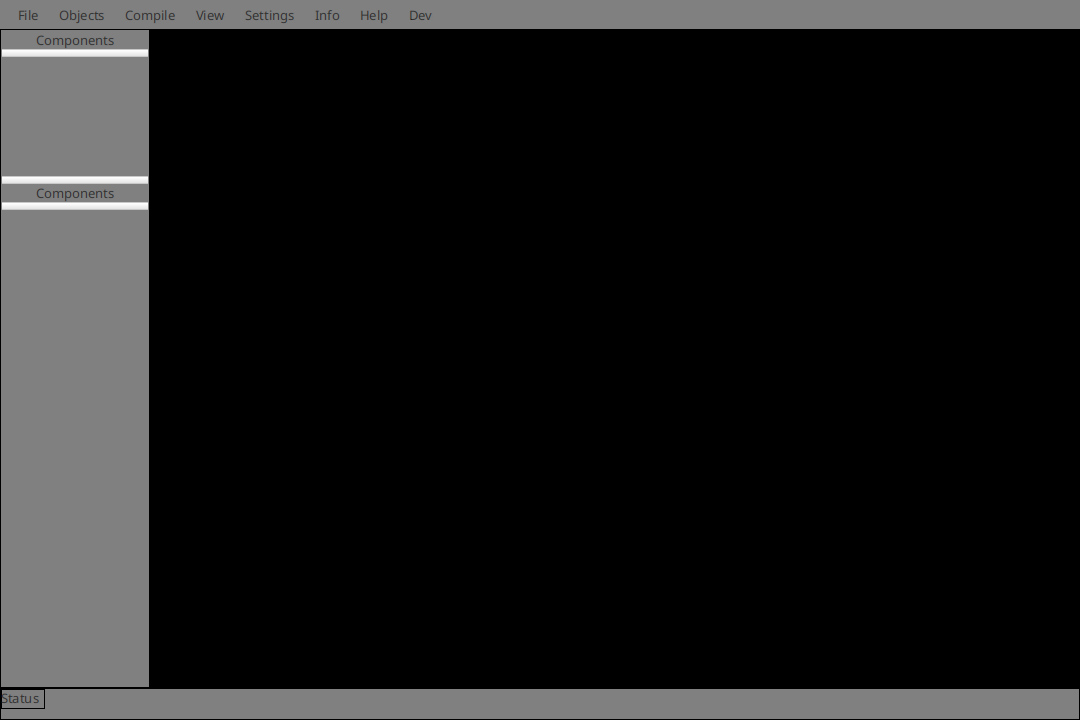
Repository: knoxaramav2/Sapa
Program's window: java nSketch/nSketch/src/system/Launcher.java
These files come from the project's save history. The program's window is drawn as it stood at one moment and after the next save; the edit follows.
It runs on Java 21 on a 1366 x 768 screen with JavaFX 11; the title bar is not drawn.

Above is the program's window before, as saved 2016-02-28 10:49:16.

After the next save:
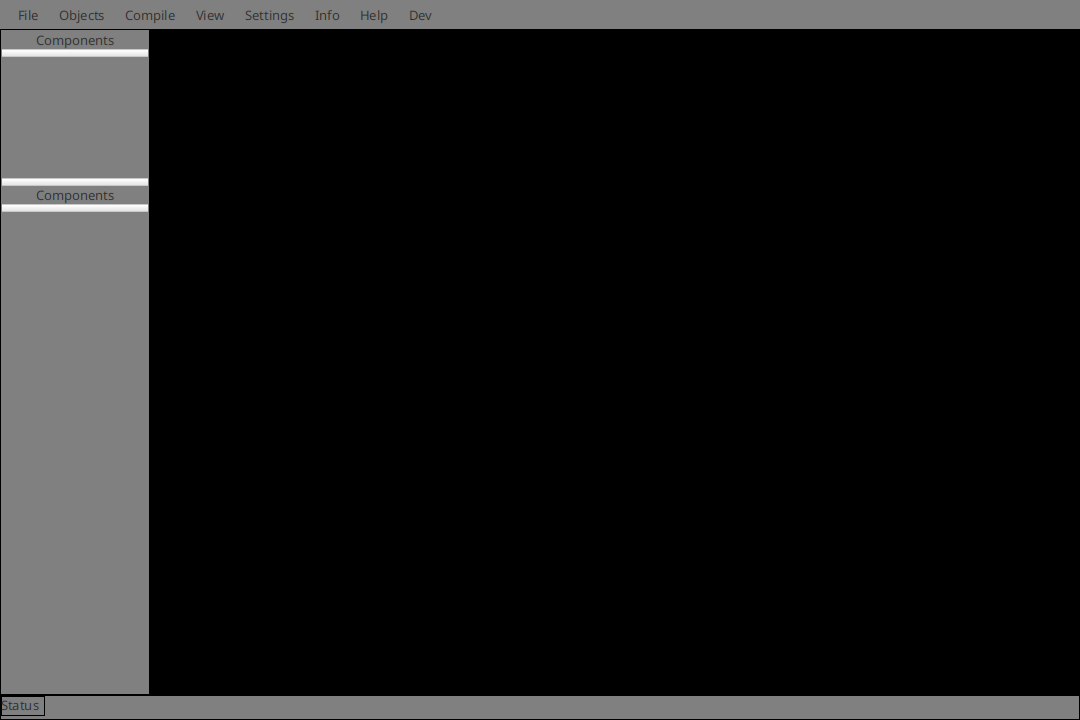
Saved 8 s later.
--- a/nSketch/nSketch/src/gui/Layout.fxml
+++ b/nSketch/nSketch/src/gui/Layout.fxml
@@ -12,7 +12,7 @@
 	prefHeight="720" prefWidth="1080">
 
 	<bottom>
-		<GridPane fx:id="statusPane" prefHeight="32.0" BorderPane.alignment="CENTER"
+		<GridPane fx:id="statusPane" prefHeight="25.0" BorderPane.alignment="CENTER"
 			style="-fx-background-color:gray; -fx-border-color:black;  -fx-border-width:1; -fx-border-style:solid">
 			<Pane style="-fx-border-color:black" fx:id="statusPane"
 				GridPane.columnIndex="0" GridPane.rowIndex="0">
